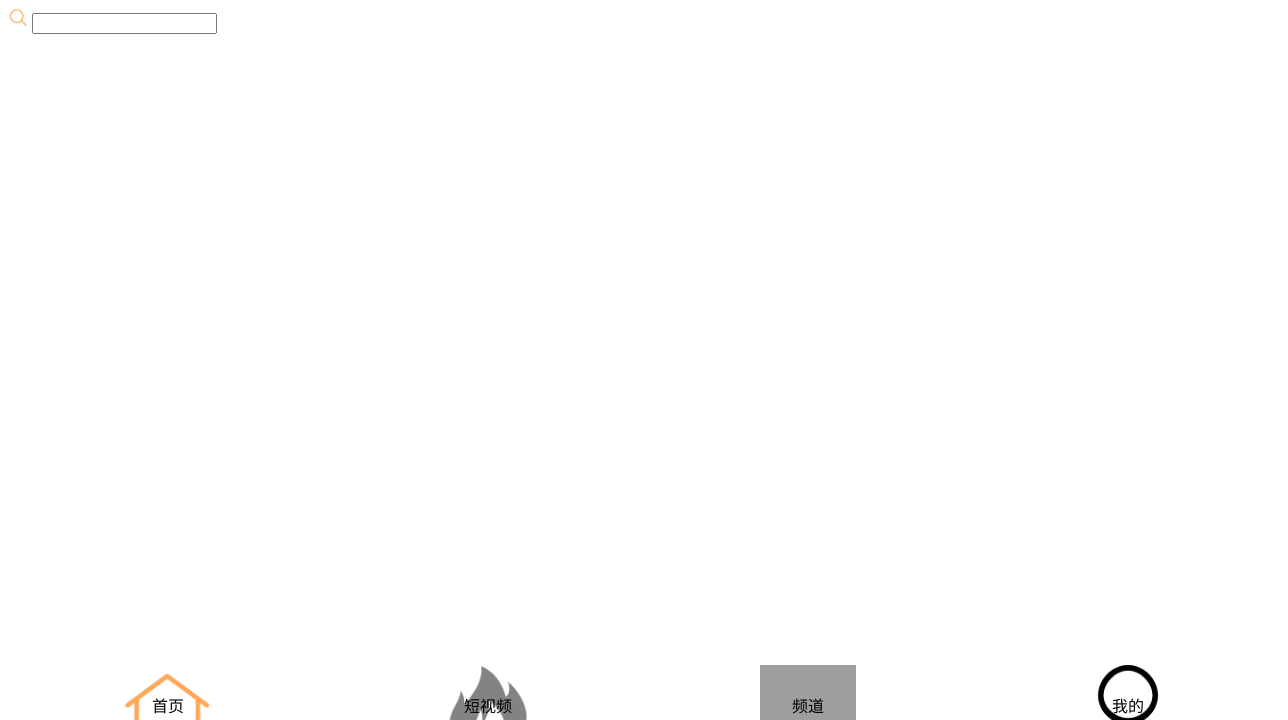
Repository: ITliuxiangyu/H51911Test
Page: video_demo/index.html
An editor plug-in stored every save of this project. The page is shown before and after the next save, followed by the edit.
The browser window is 1280 px wide. The page is 1288 px wide, so the pictures cover 1288 px, including what lies to the right of the window. The pictures show the whole page.
Pictures or frames that could not be fetched are drawn as grey boxes.

Above is the page before, as saved 2019-12-20 10:30:45.

After the next save:
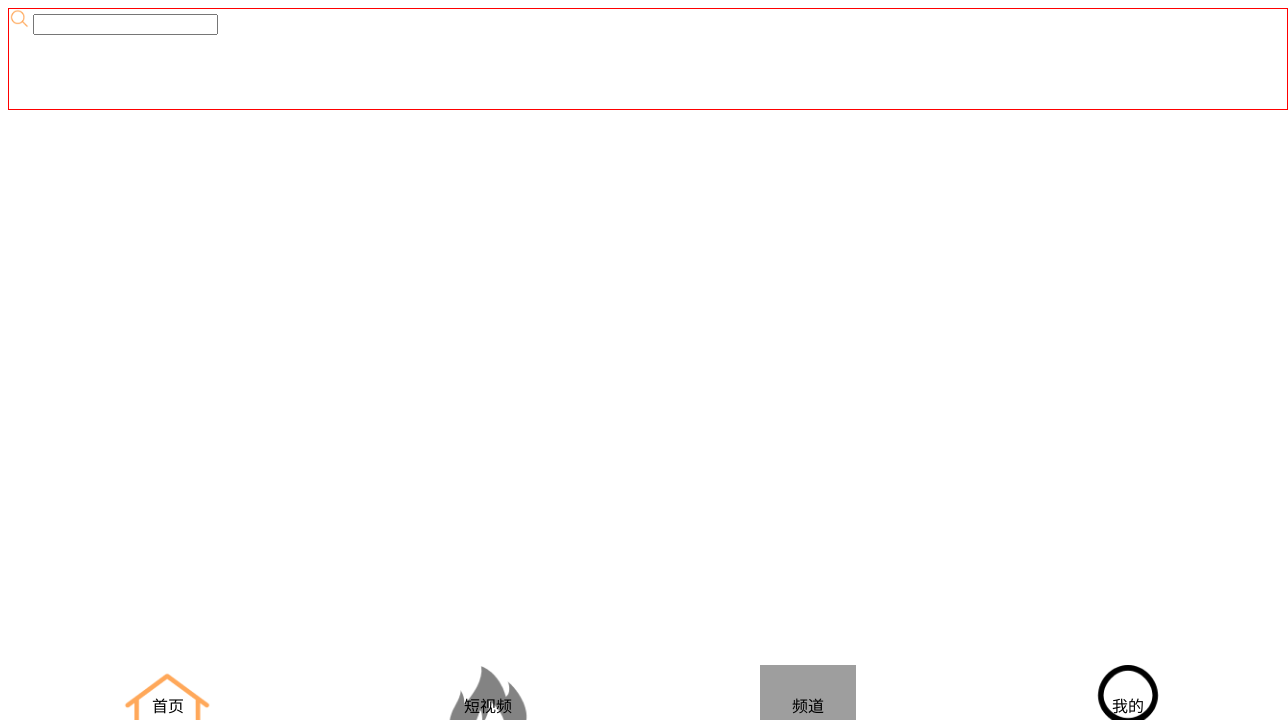
Saved 21 s later.
--- a/video_demo/index.html
+++ b/video_demo/index.html
@@ -10,7 +10,7 @@
 <body>
     <div class="app">
         <div class="app_content">
-            <div class="shoueye_wrap">
+            <div class="shouye_wrap">
                 <div class="search_warp">
                     <img class="search_img" src="./imgs/fangdajing.png" alt="">
                     <input class="search_input" type="text">
